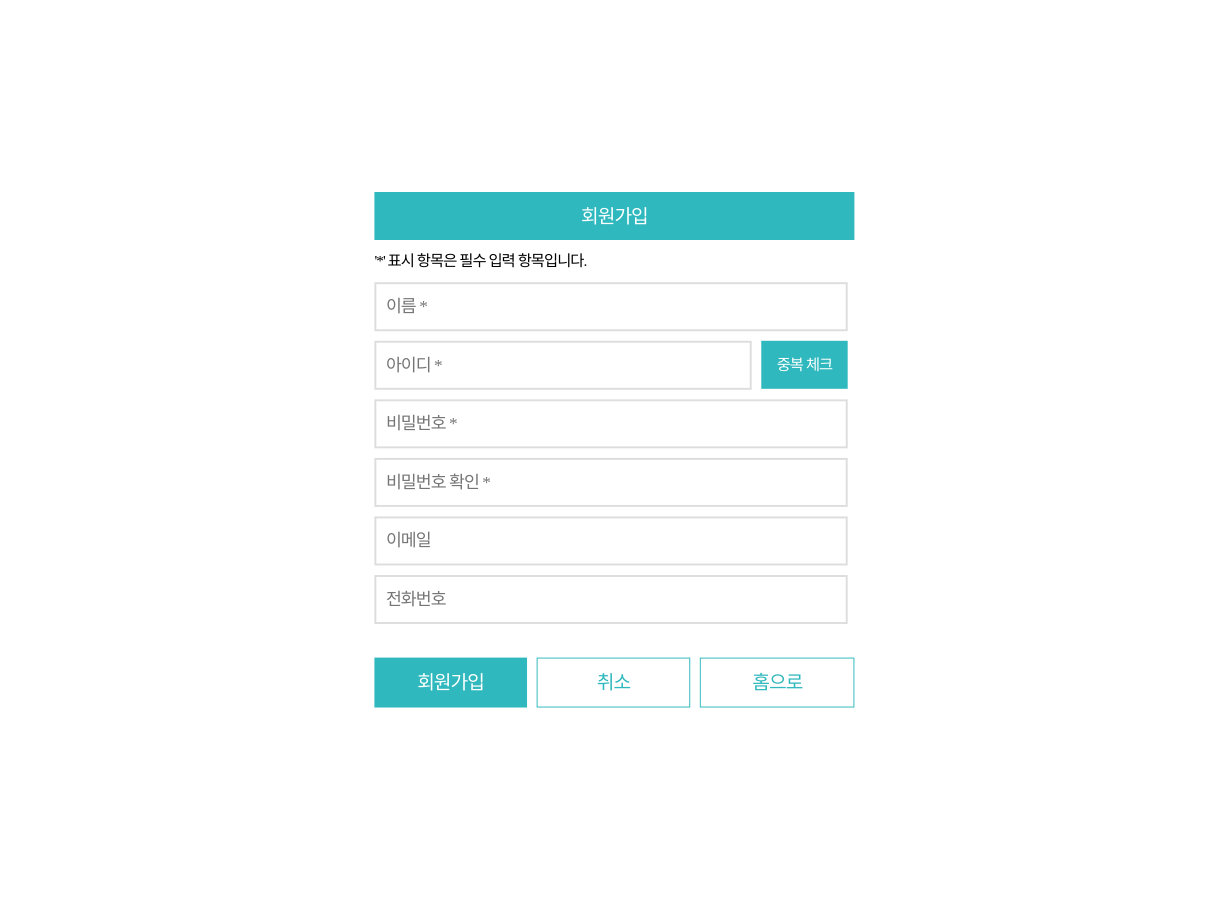
Repository: InhoKang92/jsp_1018
Page: http://localhost/Web_01/member/join.jsp
The author's editor kept a copy of each file at every save. The page is drawn from the files as they stood at one save, then again after the next save.
The browser window is 1280 px wide. The pictures show the whole page, at 96% of full size.
Some web fonts or font styles are not loaded; a fallback is used. The page is served by Tomcat 9.

Above is the page before, as saved 2024-10-16 05:55:50.

After the next save:
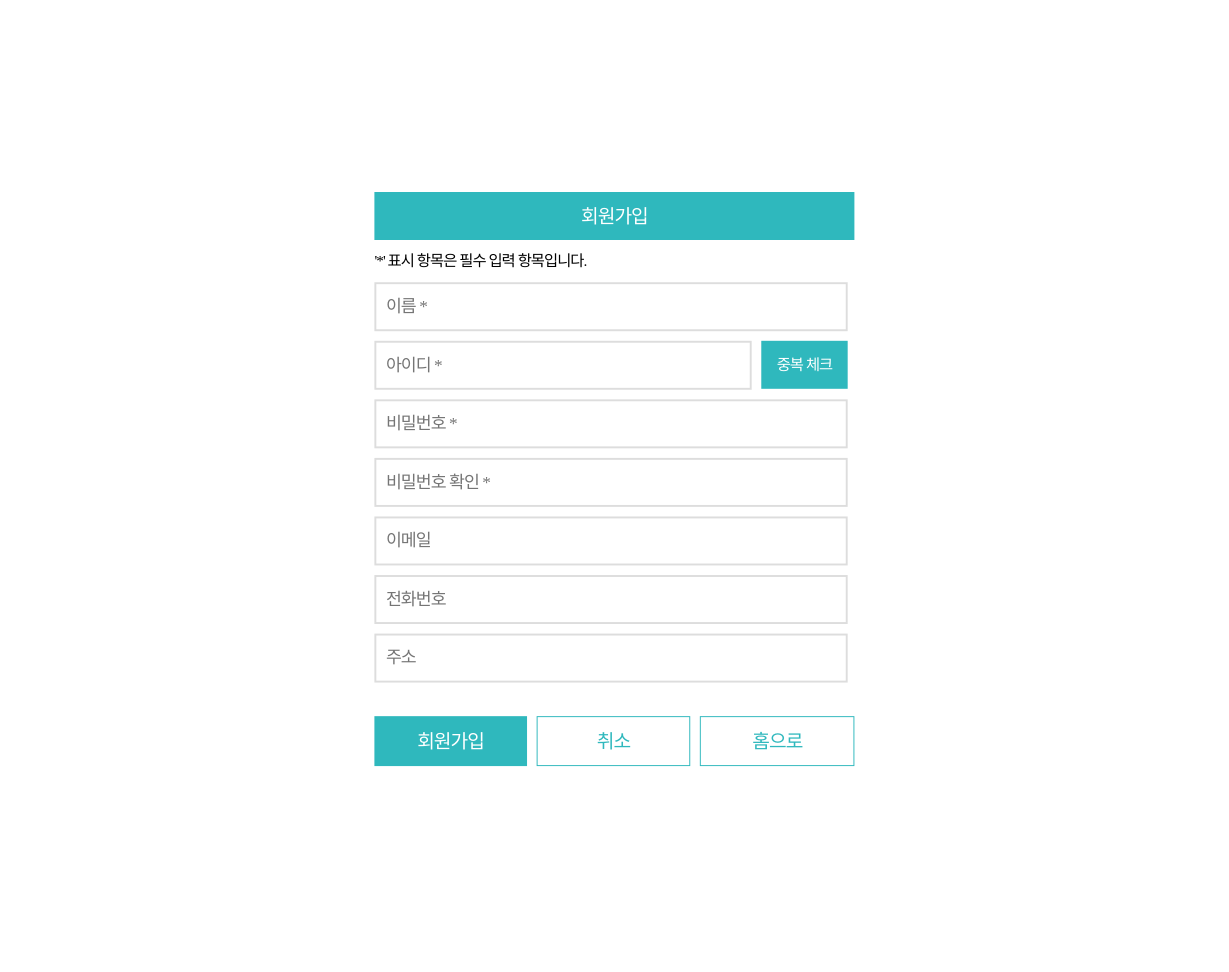
Saved 39 s later.
--- a/Web_01/src/main/webapp/member/join.jsp
+++ b/Web_01/src/main/webapp/member/join.jsp
@@ -32,6 +32,7 @@ pageEncoding="UTF-8"%>
                 <input class="pw_check_input" type="password" placeholder="비밀번호 확인 *" name="pwd_check">
                 <input class="email_input" type="text" placeholder="이메일" name="email">
             	<input class="phone_input" type="text" placeholder="전화번호" name="phone">
+            	<input class="address_input" type="text" placeholder="주소" name="address">
             </div>
             <div class="button_box">
             	<input type="submit" class="join_btn" value="회원가입" onclick="return joinCheck()">
